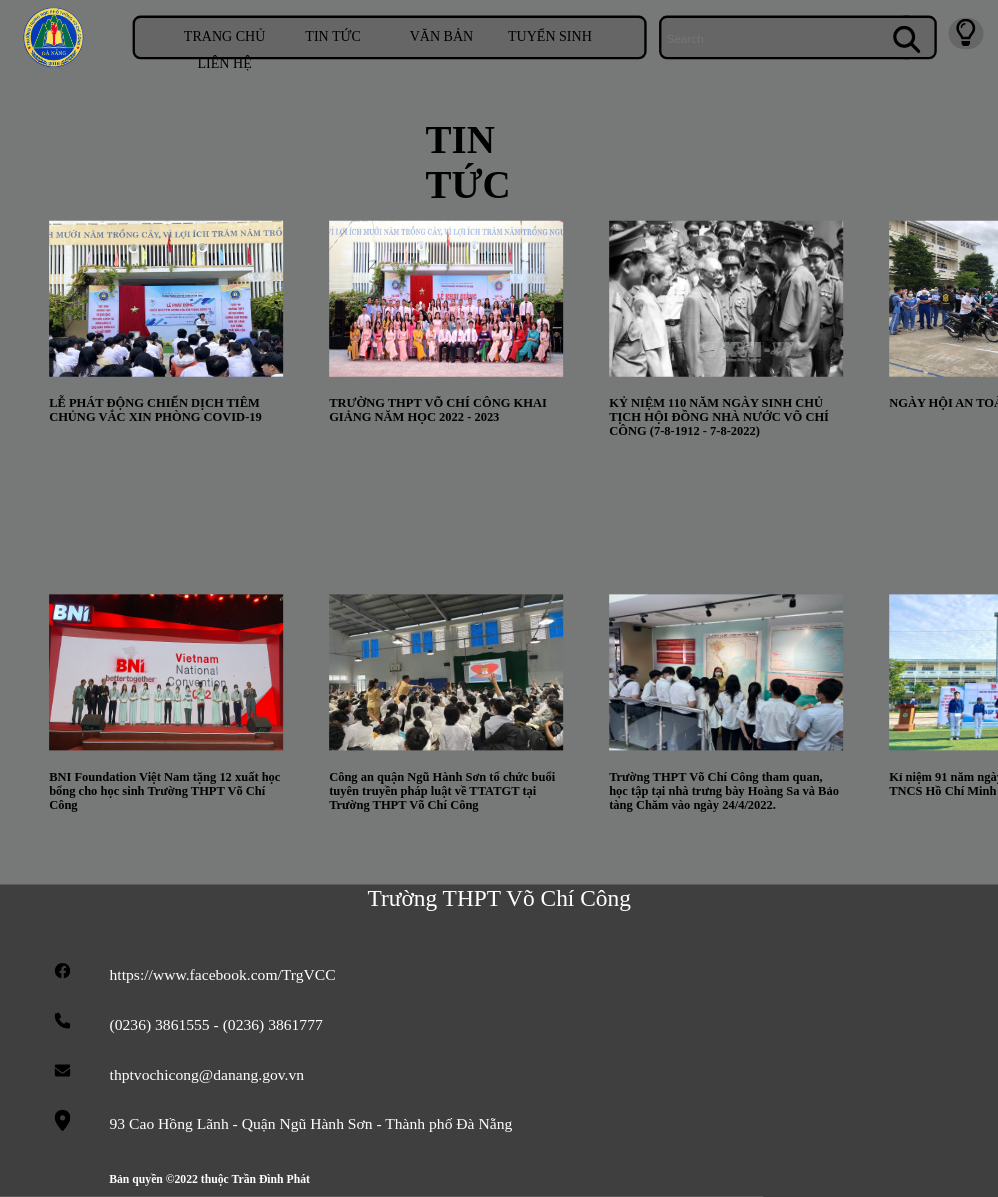
Repository: dphasst17/THPTVCC
Page: new/new.html
These files come from the project's save history. The page is drawn as it stood at one moment and after the next save; the edit follows.
The browser window is 1280 px wide. The pictures show the whole page, at 78% of full size.

Above is the page before, as saved 2022-10-17 13:59:50.

After the next save:
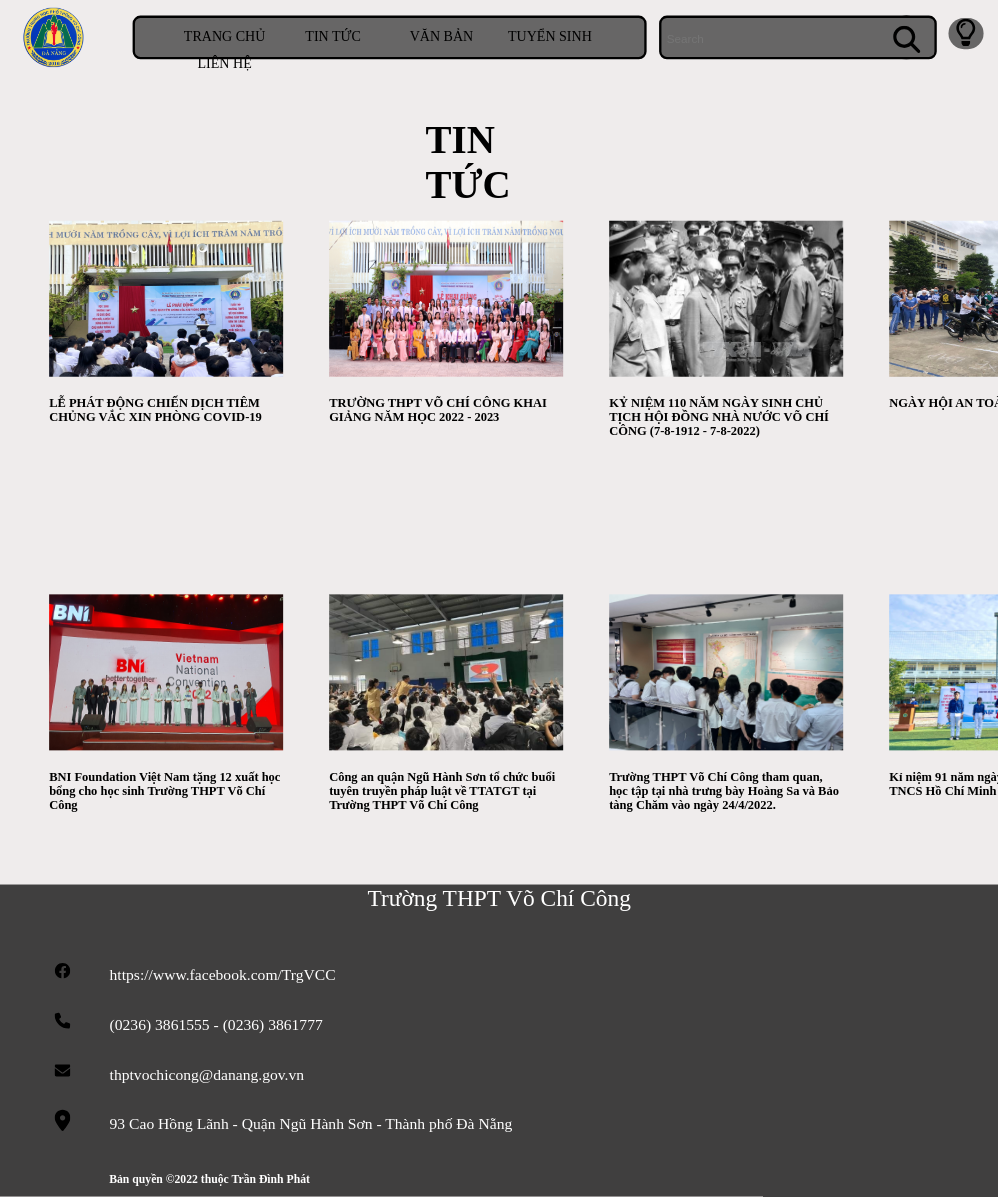
Saved 9 s later.
--- a/index.js
+++ b/index.js
@@ -1,4 +1,5 @@
 $(document).ready(function(){
+    $('body').css("background-color","rgb(239, 236, 236)")
     $('.nav, .search, .user,#dark, .notification').css("border-style","solid")
 })
 
